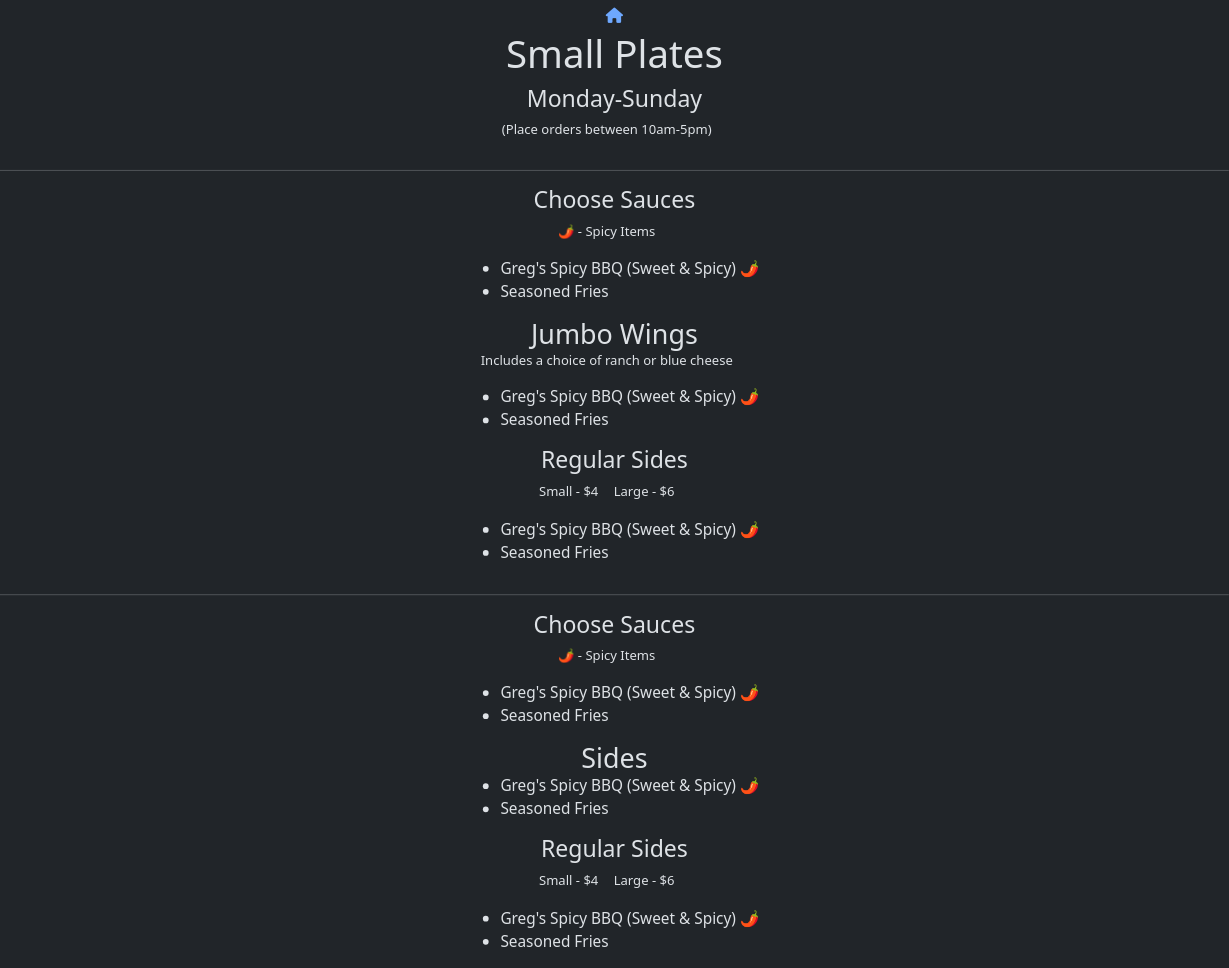
Repository: dukedward/smokehousemenu
Page: plates/index.html
The author's editor kept a copy of each file at every save. The page is drawn from the files as they stood at one save, then again after the next save.
The browser window is 1280 px wide. The pictures show the whole page, at 96% of full size.
Some web libraries are served in a nearby version.

Above is the page before, as saved 2023-03-06 12:59:34.

After the next save:
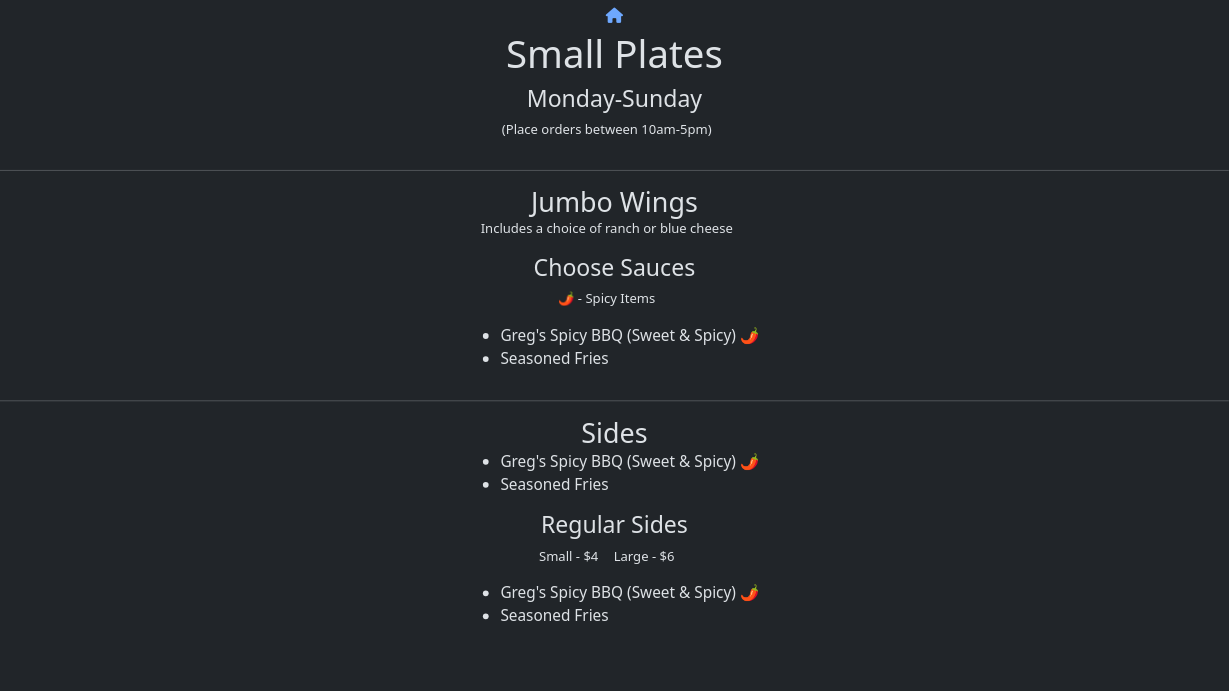
Saved 2 min 28 s later.
--- a/script.js
+++ b/script.js
@@ -69,7 +69,7 @@ const subCategories = [
 document.body.onload = addSection;
 
 function addSection() {
-    let catName = ''
+    let catName, subCatName = ''
     for(i=0; i < categories.length; i++) {
             catName = categories[i].name;
             // create a new div element
@@ -93,39 +93,42 @@ function addSection() {
 
             if(categories[i].hasSubSection === true) {
                 for (s=0; s < subCategories.length; s++) {
-                    // Sub Section
-                    const newSubSect = document.createElement("div");
-                    newSubSect.className = "sub-sect";
+                    subCatName = subCategories[s].category.name
+                    if (catName === subCatName) {
+                        // Sub Section
+                        const newSubSect = document.createElement("div");
+                        newSubSect.className = "sub-sect";
 
-                    // Sub Section Title
-                    const newSubSectTitle = document.createElement("h4");
-                    newSubSectTitle.innerHTML = subCategories[s].name;
+                        // Sub Section Title
+                        const newSubSectTitle = document.createElement("h4");
+                        newSubSectTitle.innerHTML = subCategories[s].name;
 
-                    // Sub Section Description
-                    const newSubSectDesc = document.createElement('div');
-                    newSubSectDesc.className = "desc";
-                    for (d=0; d < subCategories[s].description.length; d++) {
-                        const newSubSectDescText = document.createElement("p");
-                        newSubSectDescText.innerHTML = subCategories[s].description[d].text;
-                        newSubSectDesc.appendChild(newSubSectDescText);
+                        // Sub Section Description
+                        const newSubSectDesc = document.createElement('div');
+                        newSubSectDesc.className = "desc";
+                        for (d=0; d < subCategories[s].description.length; d++) {
+                            const newSubSectDescText = document.createElement("p");
+                            newSubSectDescText.innerHTML = subCategories[s].description[d].text;
+                            newSubSectDesc.appendChild(newSubSectDescText);
 
-                        // Sub Section List
-                        const newSubSectList = document.createElement('ul');
-                        for (p=0; p < products.length; p++) {
-                            const newSubSectListItem = document.createElement('li');
-                            newSubSectListItem.innerHTML = products[p].name
-                            newSubSectList.appendChild(newSubSectListItem)
+                            // Sub Section List
+                            const newSubSectList = document.createElement('ul');
+                            for (p=0; p < products.length; p++) {
+                                const newSubSectListItem = document.createElement('li');
+                                newSubSectListItem.innerHTML = products[p].name
+                                newSubSectList.appendChild(newSubSectListItem)
 
+                            }
+                            // Appending all elements to Sub Section
+                            newSubSect.appendChild(newSubSectTitle)
+                            newSubSect.appendChild(newSubSectDesc)
+                            newSubSect.appendChild(newSubSectList)
+
+                            // Appending all elements to Parent Div
+                            newDiv.appendChild(newSectTitle);
+                            newDiv.appendChild(newDesc);
+                            newDiv.appendChild(newSubSect)
                         }
-                        // Appending all elements to Sub Section
-                        newSubSect.appendChild(newSubSectTitle)
-                        newSubSect.appendChild(newSubSectDesc)
-                        newSubSect.appendChild(newSubSectList)
-
-                        // Appending all elements to Parent Div
-                        newDiv.appendChild(newSectTitle);
-                        newDiv.appendChild(newDesc);
-                        newDiv.appendChild(newSubSect)
                     }
                 }
             } else {
